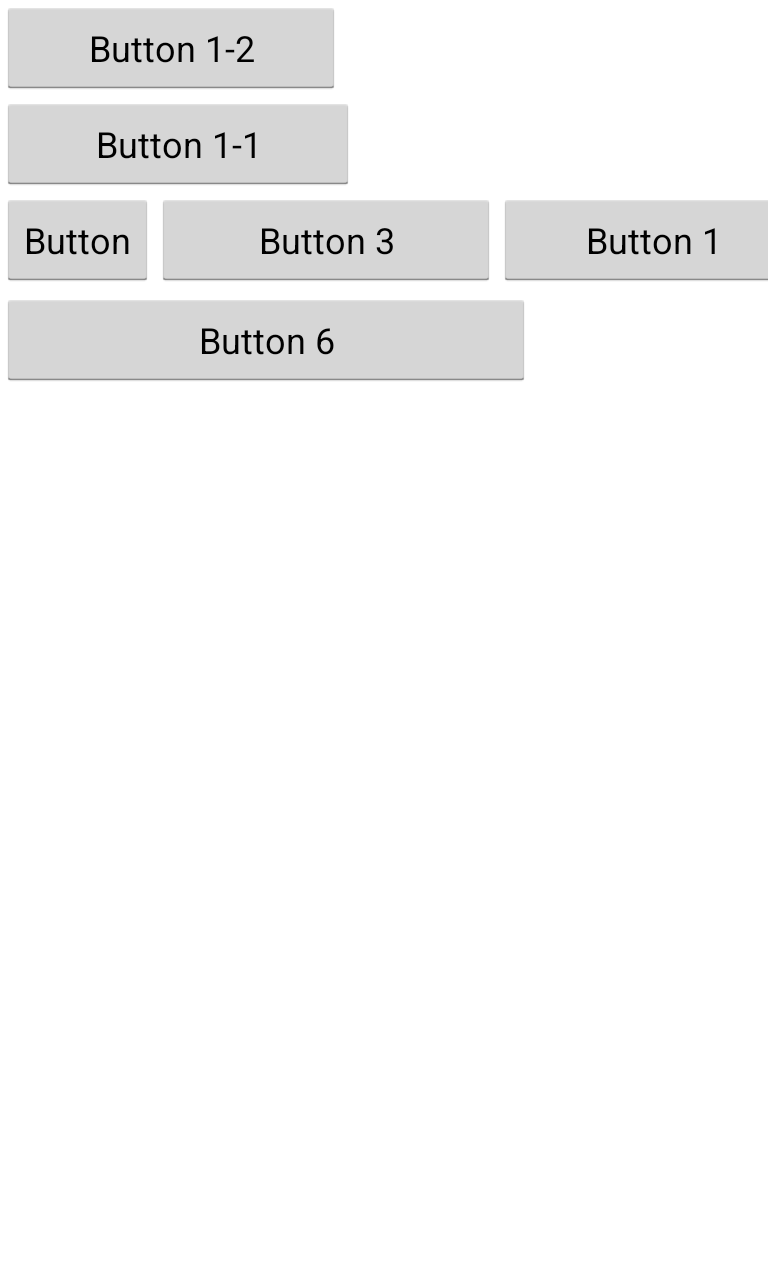
Repository: Lijianhao1995/Android
Layout: ActivityTest/res/layout/first_layout.xml
An editor plug-in stored every save of this project. The layout is shown before and after the next save, followed by the edit.
It is drawn on a 768 x 1280 px phone screen (xhdpi) without system bars, with theme AppTheme; the app's code is not run.

Above is the layout before, as saved 2015-04-26 08:09:21.

### ActivityTest/res/layout/first_layout.xml
<?xml version="1.0" encoding="utf-8"?>
<LinearLayout xmlns:android="http://schemas.android.com/apk/res/android"
    xmlns:tools="http://schemas.android.com/tools"
    android:layout_width="match_parent"
    android:layout_height="match_parent"
    android:orientation="vertical"
    tools:context=".FirstActivity" >

    <Button
        android:id="@+id/button_1"
        android:layout_width="171dp"
        android:layout_height="wrap_content"
        android:text="Button 1-2" />

    <Button
        android:id="@+id/button_20"
        android:layout_width="178dp"
        android:layout_height="wrap_content"
        android:text="Button 1-1" />

    <LinearLayout
        android:layout_width="match_parent"
        android:layout_height="50dp"
        android:orientation="horizontal"
        tools:context=".FirstActivity" >

        <Button
            android:id="@+id/button1"
            android:layout_width="wrap_content"
            android:layout_height="wrap_content"
            android:text="Button" />

        <Button
            android:id="@+id/button_3"
            android:layout_width="171dp"
            android:layout_height="wrap_content"
            android:text="Button 3" />

        <Button
            android:id="@+id/button_4"
            android:layout_width="156dp"
            android:layout_height="wrap_content"
            android:text="Button 1" />
    </LinearLayout>

    <LinearLayout
        android:layout_width="266dp"
        android:layout_height="wrap_content" >

        <Button
            android:id="@+id/button6"
            android:layout_width="match_parent"
            android:layout_height="wrap_content"
            android:text="Button 6" />
    </LinearLayout>

</LinearLayout>

Loaded but not shown: ActivityTest/res/values/styles.xml (common file); ActivityTest/res/values-v11/styles.xml (common file); ActivityTest/res/values-v14/styles.xml (common file)

After the next save:
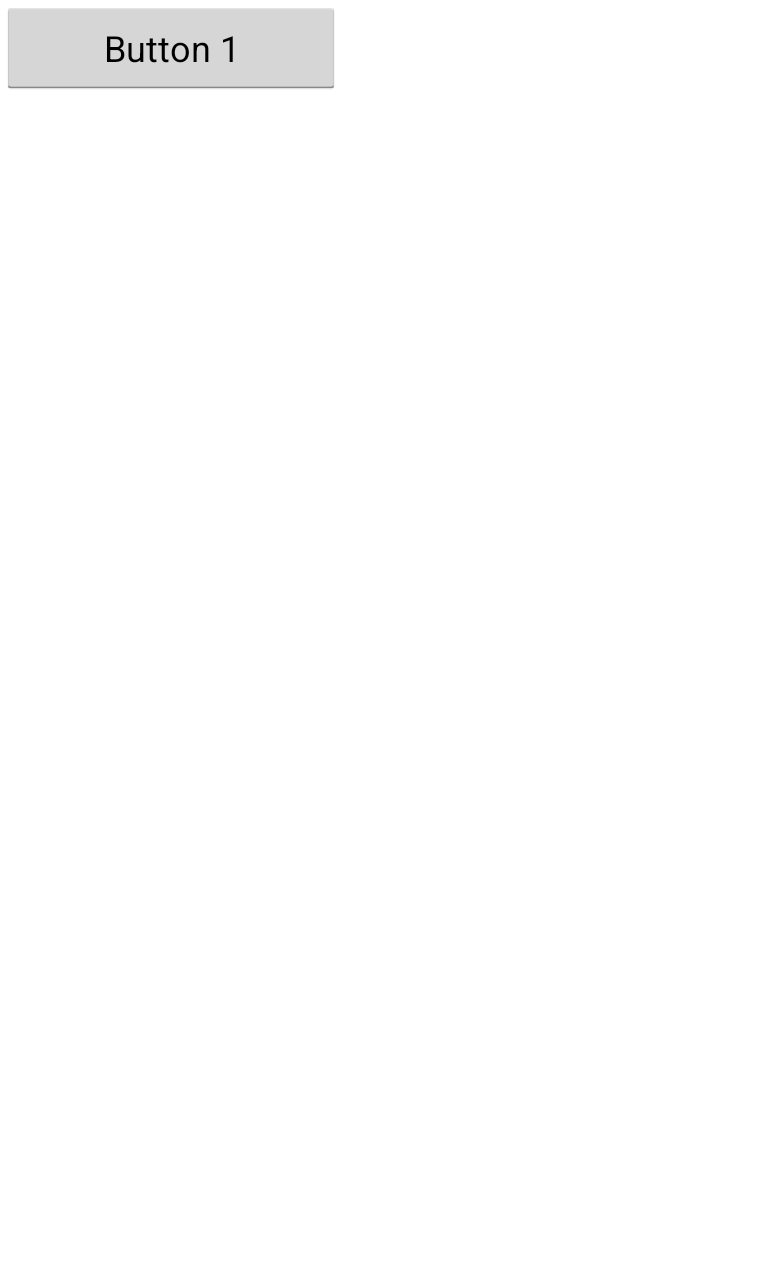
Saved 2 min 6 s later.
--- a/ActivityTest/res/layout/first_layout.xml
+++ b/ActivityTest/res/layout/first_layout.xml
@@ -10,48 +10,8 @@
         android:id="@+id/button_1"
         android:layout_width="171dp"
         android:layout_height="wrap_content"
-        android:text="Button 1-2" />
+        android:text="Button 1" />
 
-    <Button
-        android:id="@+id/button_20"
-        android:layout_width="178dp"
-        android:layout_height="wrap_content"
-        android:text="Button 1-1" />
 
-    <LinearLayout
-        android:layout_width="match_parent"
-        android:layout_height="50dp"
-        android:orientation="horizontal"
-        tools:context=".FirstActivity" >
-
-        <Button
-            android:id="@+id/button1"
-            android:layout_width="wrap_content"
-            android:layout_height="wrap_content"
-            android:text="Button" />
-
-        <Button
-            android:id="@+id/button_3"
-            android:layout_width="171dp"
-            android:layout_height="wrap_content"
-            android:text="Button 3" />
-
-        <Button
-            android:id="@+id/button_4"
-            android:layout_width="156dp"
-            android:layout_height="wrap_content"
-            android:text="Button 1" />
-    </LinearLayout>
-
-    <LinearLayout
-        android:layout_width="266dp"
-        android:layout_height="wrap_content" >
-
-        <Button
-            android:id="@+id/button6"
-            android:layout_width="match_parent"
-            android:layout_height="wrap_content"
-            android:text="Button 6" />
-    </LinearLayout>
 
 </LinearLayout>
